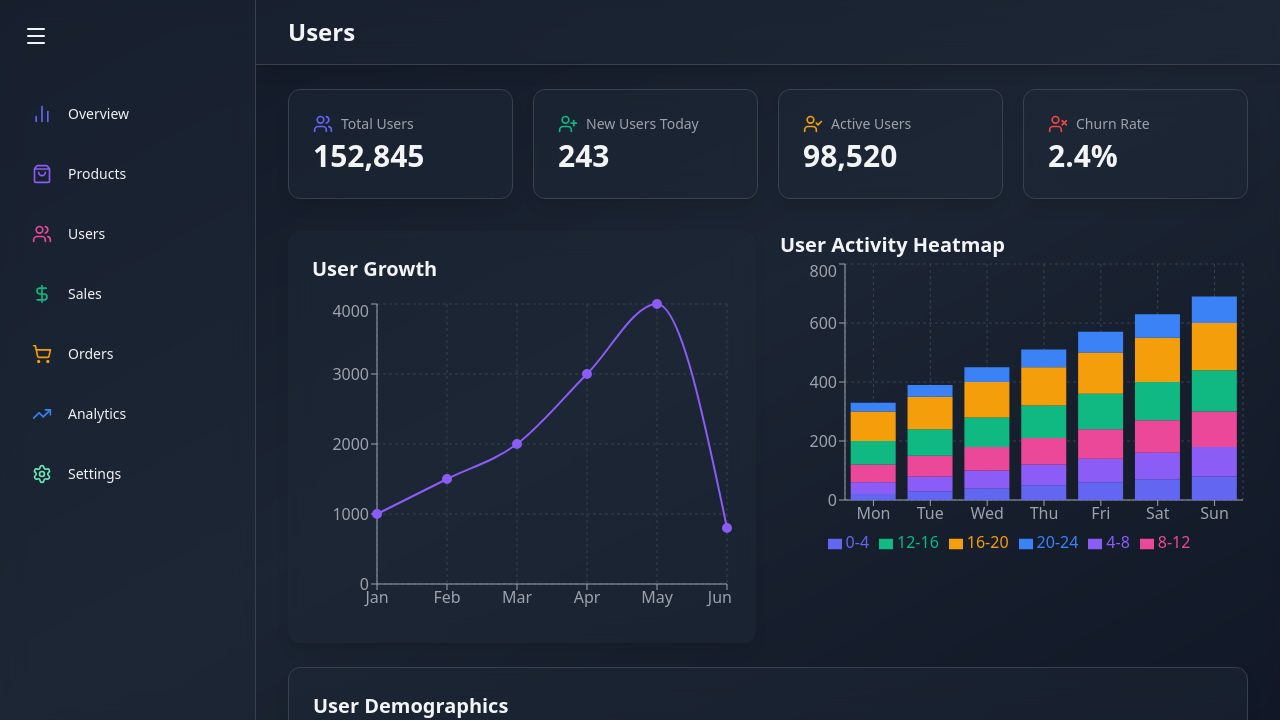
Repository: Abdirabi11/React-dashboard
Page: /users
These files come from the project's save history. The page is drawn as it stood at one moment and after the next save; the edit follows.
The browser window is 1280 px wide. The pictures show the whole page.
An inner scrolling area shows only its first screen. The project was rebuilt for these pictures with package versions that can differ from the ones it lists, and the page was loaded fresh each time. Also part of the build but not shown: vite.config.js, src/components/overview/SalesOverviewChart.jsx, src/components/overview/CategoryDistributionChart.jsx, src/components/overview/SalesChannelChart.jsx, src/pages/OverviewPage.jsx, src/components/products/SalesTrendChart.jsx, src/components/products/ProductsTable.jsx, src/pages/ProductsPage.jsx and 4 more.

Above is the page before, as saved 2025-07-18 21:44:29.

### src/components/common/Sidebar.jsx
import { BarChart2, DollarSign, Menu, Settings, ShoppingBag, ShoppingCart, TrendingUp, Users } from "lucide-react";
import { useState } from "react";
import { AnimatePresence, motion } from "framer-motion";
import { Link } from "react-router-dom";

const SIDEBAR_ITEMS = [
	{
		name: "Overview",
		icon: BarChart2,
		color: "#6366f1",
		href: "/",
	},
	{ name: "Products", icon: ShoppingBag, color: "#8B5CF6", href: "/products" },
	{ name: "Users", icon: Users, color: "#EC4899", href: "/users" },
	{ name: "Sales", icon: DollarSign, color: "#10B981", href: "/sales" },
	{ name: "Orders", icon: ShoppingCart, color: "#F59E0B", href: "/orders" },
	{ name: "Analytics", icon: TrendingUp, color: "#3B82F6", href: "/analytics" },
	{ name: "Settings", icon: Settings, color: "#6EE7B7", href: "/settings" },
];

const Sidebar = () => {
	const [isSidebarOpen, setIsSidebarOpen] = useState(true);

	return (
		<motion.div
			className={`relative z-10 transition-all duration-300 ease-in-out flex-shrink-0 ${
				isSidebarOpen ? "w-64" : "w-20"
			}`}
			animate={{ width: isSidebarOpen ? 256 : 80 }}
		>
			<div className='h-full bg-gray-800 bg-opacity-50 backdrop-blur-md p-4 flex flex-col border-r border-gray-700'>
				<motion.button
					whileHover={{ scale: 1.1 }}
					whileTap={{ scale: 0.9 }}
					onClick={() => setIsSidebarOpen(!isSidebarOpen)}
					className='p-2 rounded-full hover:bg-gray-700 transition-colors max-w-fit'
				>
					<Menu size={24} />
				</motion.button>

				<nav className='mt-8 flex-grow'>
					{SIDEBAR_ITEMS.map((item) => (
						<Link key={item.href} to={item.href}>
							<motion.div className='flex items-center p-4 text-sm font-medium rounded-lg hover:bg-gray-700 transition-colors mb-2'>
								<item.icon size={20} style={{ color: item.color, minWidth: "20px" }} />
								<AnimatePresence>
									{isSidebarOpen && (
										<motion.span
											className='ml-4 whitespace-nowrap'
											initial={{ opacity: 0, width: 0 }}
											animate={{ opacity: 1, width: "auto" }}
											exit={{ opacity: 0, width: 0 }}
											transition={{ duration: 0.2, delay: 0.3 }}
										>
											{item.name}
										</motion.span>
									)}
								</AnimatePresence>
							</motion.div>
						</Link>
					))}
				</nav>
			</div>
		</motion.div>
	);
};
export default Sidebar;

### src/pages/UsersPage.jsx
import { motion } from "framer-motion";
import { UserCheck, UserPlus, UsersIcon, UserX } from "lucide-react";
import Header from "../components/common/Header";
import StatCard from "../components/common/StatCard";
import UserActivityHeatmap from "../components/users/UserActivityHeatmap";
import UserDemographicsChart from "../components/users/UserDemographicsChart";
import UserGrowthChart from "../components/users/UserGrowthChart";
import UsersTable from "../components/users/UsersTable";

const userStats = {
	totalUsers: 152845,
	newUsersToday: 243,
	activeUsers: 98520,
	churnRate: "2.4%",
};

const UsersPage = () => {
	return (
		<div className="flex-1 overflow-auto relative z-10">
			<Header title='Users'/>
			<main className="max-w-7xl mx-auto py-6 px-4 lg:px-8">
				<motion.div
				 className="grid grid-cols-1 gap-5 sm:grid-cols-2 lg:grid-cols-4 mb-8"
				 initial={{ opacity: 0, y: 20 }}
				 animate={{ opacity: 1, y: 0 }}
				 transition={{ duration: 1 }}
				>
					<StatCard
					 name='Total Users'
					 icon={UsersIcon}
					 value={userStats.totalUsers.toLocaleString()}
					 color='#6366F1'
					/>
					<StatCard name='New Users Today' icon={UserPlus} value={userStats.newUsersToday} color='#10B981' />
					<StatCard
						name='Active Users'
						icon={UserCheck}
						value={userStats.activeUsers.toLocaleString()}
						color='#F59E0B'
					/>
					<StatCard name='Churn Rate' icon={UserX} value={userStats.churnRate} color='#EF4444' />
				</motion.div>
				<UsersTable />
				<div className='grid grid-cols-1 lg:grid-cols-2 gap-6 mt-8'>
					<UserGrowthChart />
					<UserActivityHeatmap />
					<UserDemographicsChart />
				</div>
			</main>
		</div>
	);
};
export default UsersPage;

### src/components/users/UserActivityHeatmap.jsx
import { Bar, BarChart, CartesianGrid, Legend, ResponsiveContainer, Tooltip, XAxis, YAxis } from "recharts";
import { motion } from "framer-motion";

const userActivityData = [
	{ name: "Mon", "0-4": 20, "4-8": 40, "8-12": 60, "12-16": 80, "16-20": 100, "20-24": 30 },
	{ name: "Tue", "0-4": 30, "4-8": 50, "8-12": 70, "12-16": 90, "16-20": 110, "20-24": 40 },
	{ name: "Wed", "0-4": 40, "4-8": 60, "8-12": 80, "12-16": 100, "16-20": 120, "20-24": 50 },
	{ name: "Thu", "0-4": 50, "4-8": 70, "8-12": 90, "12-16": 110, "16-20": 130, "20-24": 60 },
	{ name: "Fri", "0-4": 60, "4-8": 80, "8-12": 100, "12-16": 120, "16-20": 140, "20-24": 70 },
	{ name: "Sat", "0-4": 70, "4-8": 90, "8-12": 110, "12-16": 130, "16-20": 150, "20-24": 80 },
	{ name: "Sun", "0-4": 80, "4-8": 100, "8-12": 120, "12-16": 140, "16-20": 160, "20-24": 90 },
];


const UserActivityHeatmap = () => {
  return (
    <motion.div>
        <h2 className="text-xl font-semibold text-gray-100 mb-4'"> User Activity Heatmap </h2>
        <div style={{ width: "100%", height: 300 }}>
            <ResponsiveContainer>
                <BarChart data={userActivityData}>
                    <CartesianGrid strokeDasharray='3 3' stroke='#374151' />
                    <XAxis dataKey='name' stroke='#9CA3AF' />
					<YAxis stroke='#9CA3AF' />
                    <Tooltip
                        contentStyle={{
                            backgroundColor: "rgba(31, 41, 55, 0.8)",
                            borderColor: "#4B5563",
                        }}
                        itemStyle={{ color: "#E5E7EB" }}
                    />
                    <Legend />
                    <Bar dataKey='0-4' stackId='a' fill='#6366F1' />
                    <Bar dataKey='4-8' stackId='a' fill='#8B5CF6' />
                    <Bar dataKey='8-12' stackId='a' fill='#EC4899' />
					<Bar dataKey='12-16' stackId='a' fill='#10B981' />
                    <Bar dataKey='16-20' stackId='a' fill='#F59E0B' />
					<Bar dataKey='20-24' stackId='a' fill='#3B82F6' />
                </BarChart>
            </ResponsiveContainer>
        </div>
    </motion.div>
  )
}

export default UserActivityHeatmap

### src/components/users/UserDemographicsChart.jsx
import { motion } from "framer-motion";
import { PieChart, Pie, Cell, ResponsiveContainer, Tooltip, Legend } from "recharts";


const COLORS = ["#8884d8", "#82ca9d", "#ffc658", "#ff8042", "#0088FE"];

const userDemographicsData = [
	{ name: "18-24", value: 20 },
	{ name: "25-34", value: 30 },
	{ name: "35-44", value: 25 },
	{ name: "45-54", value: 15 },
	{ name: "55+", value: 10 },
];

const UserDemographicsChart = () => {
  return (
    <motion.div
        className='bg-gray-800 bg-opacity-50 backdrop-blur-md shadow-lg rounded-xl p-6 border border-gray-700 lg:col-span-2'
        initial={{ opacity: 0, y: 20 }}
        animate={{ opacity: 1, y: 0 }}
        transition={{ delay: 0.5 }}
    >
      <h2 className='text-xl font-semibold text-gray-100 mb-4'>User Demographics</h2>
		<div style={{ width: "100%", height: 300 }}>

        </div>
    </motion.div>
  )
}

export default UserDemographicsChart

### src/components/users/UserGrowthChart.jsx
import { LineChart, Line, XAxis, YAxis, CartesianGrid, Tooltip, ResponsiveContainer } from "recharts";
import { motion } from "framer-motion";

const userGrowthData = [
	{ month: "Jan", users: 1000 },
	{ month: "Feb", users: 1500 },
	{ month: "Mar", users: 2000 },
	{ month: "Apr", users: 3000 },
	{ month: "May", users: 4000 },
	{ month: "Jun", users: 800 },
];

const UserGrowthChart = () => {
  return (
    <motion.div
      className="bg-gray-800 bg-opacity-50 backdrop-blur-md shadow-lg rounded-xl p-6 border-gray-700"
      initial={{ opacity: 0, y: 20 }}
			animate={{ opacity: 1, y: 0 }}
			transition={{ delay: 0.3 }}
    >
      <h2 className='text-xl font-semibold text-gray-100 mb-4'>User Growth</h2>
			<div className='h-[320px]'>
        <ResponsiveContainer width='100%' height='100%'>
          <LineChart data={userGrowthData}>
            <CartesianGrid strokeDasharray='3 3' stroke='#374151' />
            <XAxis dataKey='month' stroke='#9CA3AF' />
            <YAxis stroke='#9CA3AF' />
            <Tooltip
							contentStyle={{
								backgroundColor: "rgba(31, 41, 55, 0.8)",
								borderColor: "#4B5563",
							}}
							itemStyle={{ color: "#E5E7EB" }}
						/>
            <Line
							type='monotone'
							dataKey='users'
							stroke='#8B5CF6'
							strokeWidth={2}
							dot={{ fill: "#8B5CF6", strokeWidth: 2, r: 4 }}
							activeDot={{ r: 8 }}
						/>
          </LineChart>
        </ResponsiveContainer>
      </div>
    </motion.div>
  )
}

export default UserGrowthChart

### src/components/users/UsersTable.jsx
import React from 'react'

const UsersTable = () => {
  return (
    <div>

    </div>
  )
}

export default UsersTable

Loaded but not shown: index.html (common file); src/main.jsx (common file); src/App.jsx (common file); src/index.css (common file); src/components/common/Header.jsx (common file); src/components/common/StatCard.jsx (common file); tailwind.config.js (common file)

After the next save:
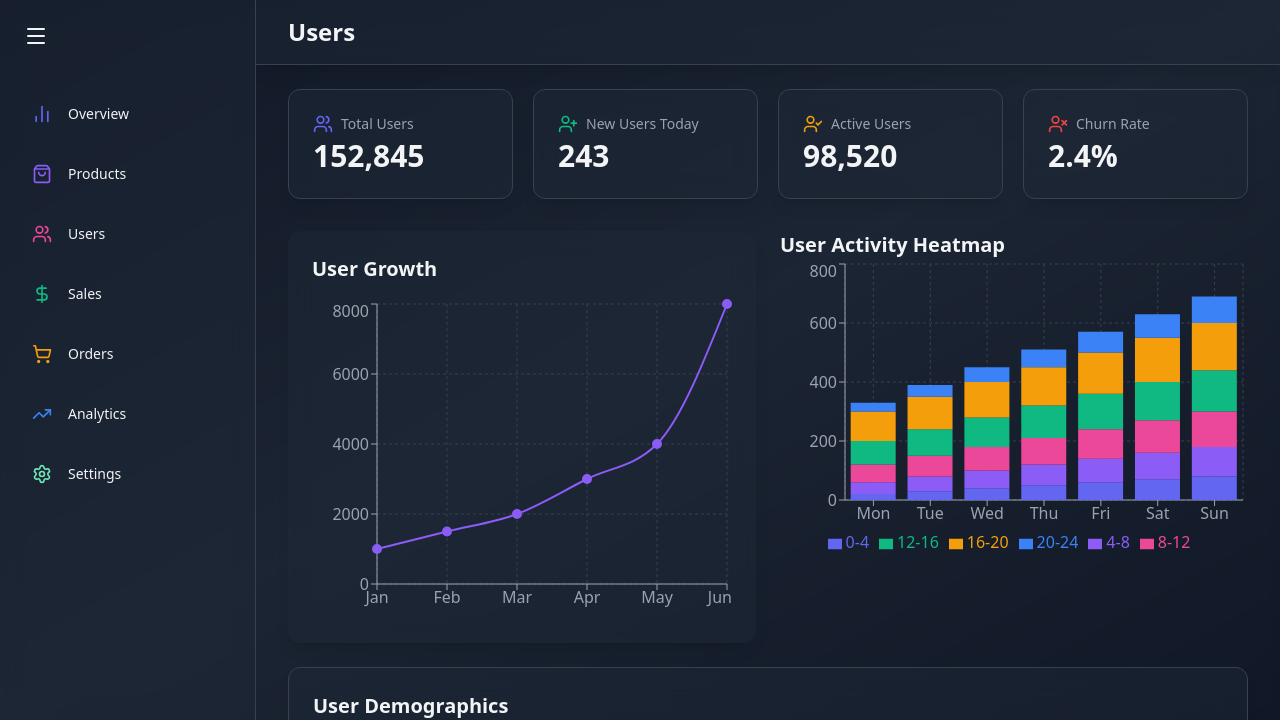
Saved 5 s later.
--- a/src/components/users/UserGrowthChart.jsx
+++ b/src/components/users/UserGrowthChart.jsx
@@ -7,7 +7,7 @@ const userGrowthData = [
 	{ month: "Mar", users: 2000 },
 	{ month: "Apr", users: 3000 },
 	{ month: "May", users: 4000 },
-	{ month: "Jun", users: 800 },
+	{ month: "Jun", users: 8000 },
 ];
 
 const UserGrowthChart = () => {
